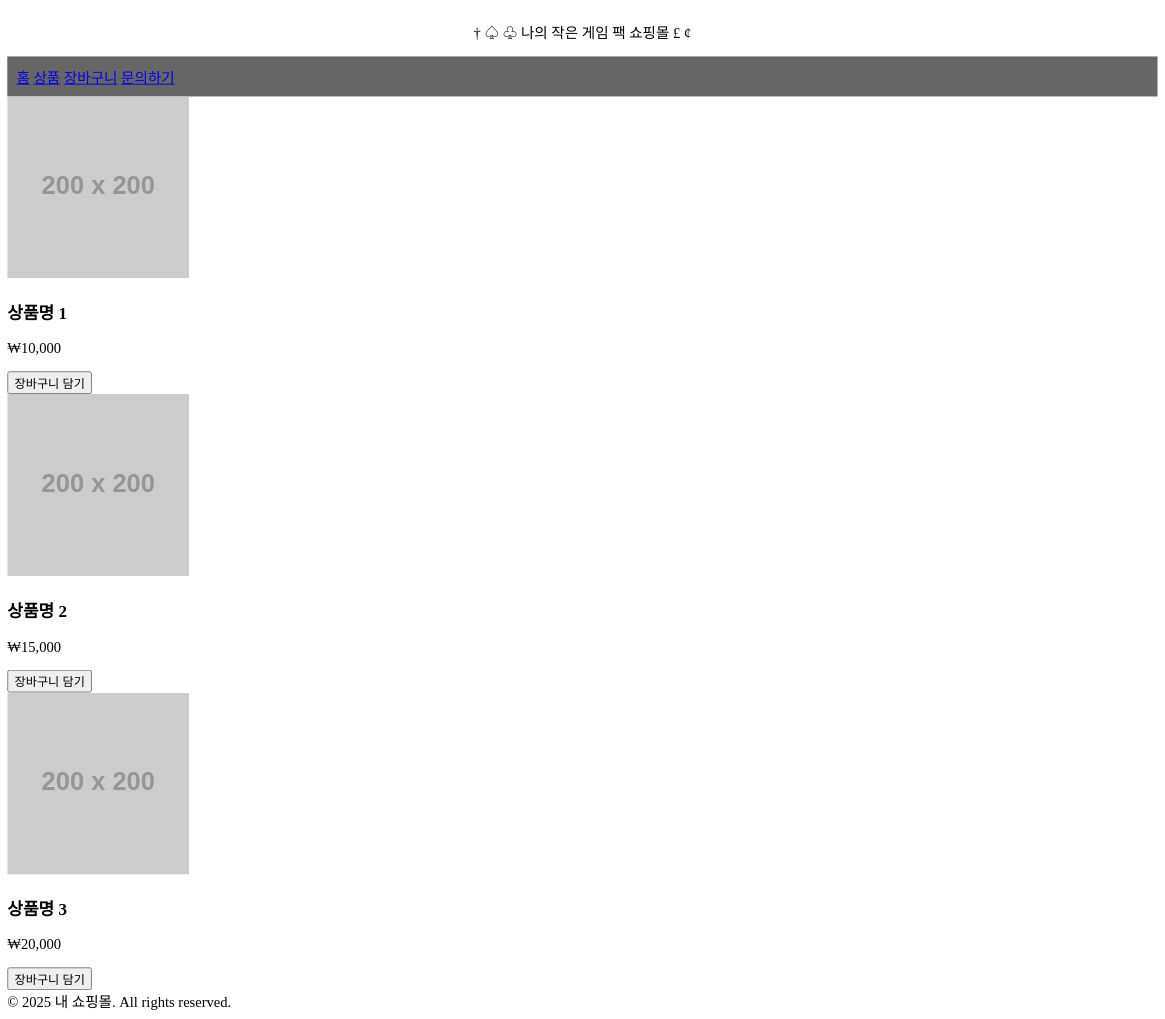
Repository: SeungYeon04/A_AssetsJSP
Page: http://localhost/JSP_Start01/
The author's editor kept a copy of each file at every save. The page is drawn from the files as they stood at one save, then again after the next save.
The browser window is 1280 px wide. The pictures show the whole page, at 91% of full size.
Some web fonts or font styles are not loaded; a fallback is used. The page is served by Tomcat 9.

Above is the page before, as saved 2025-03-11 05:24:26.

After the next save:
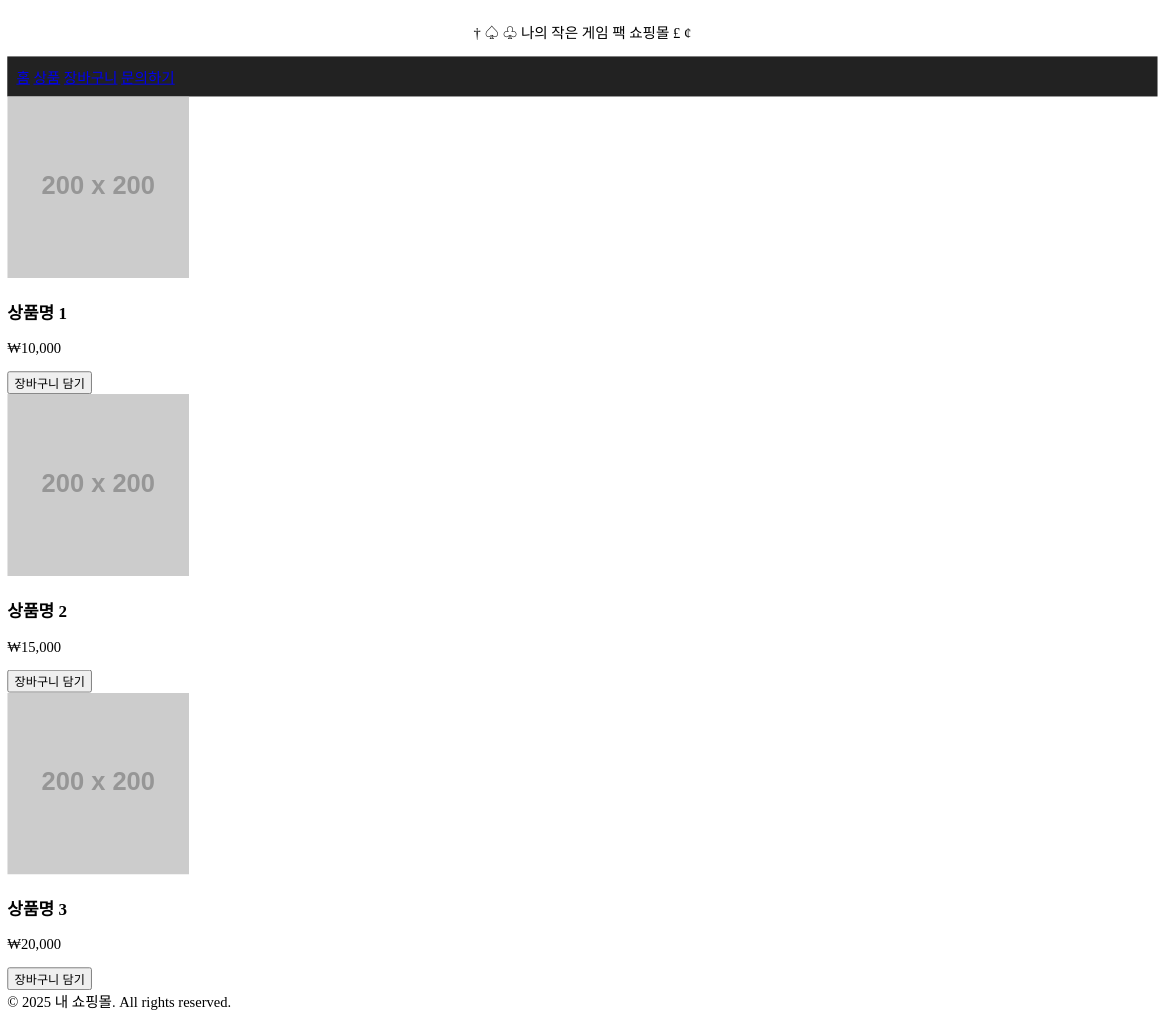
Saved 10 s later.
--- a/JSP_Start01/src/main/webapp/index.jsp
+++ b/JSP_Start01/src/main/webapp/index.jsp
@@ -61,7 +61,7 @@
 		}
 
 		nav {
-			background: #666;
+			background: #222;
 			padding: 10px;
 			text-align: ceter;
 
